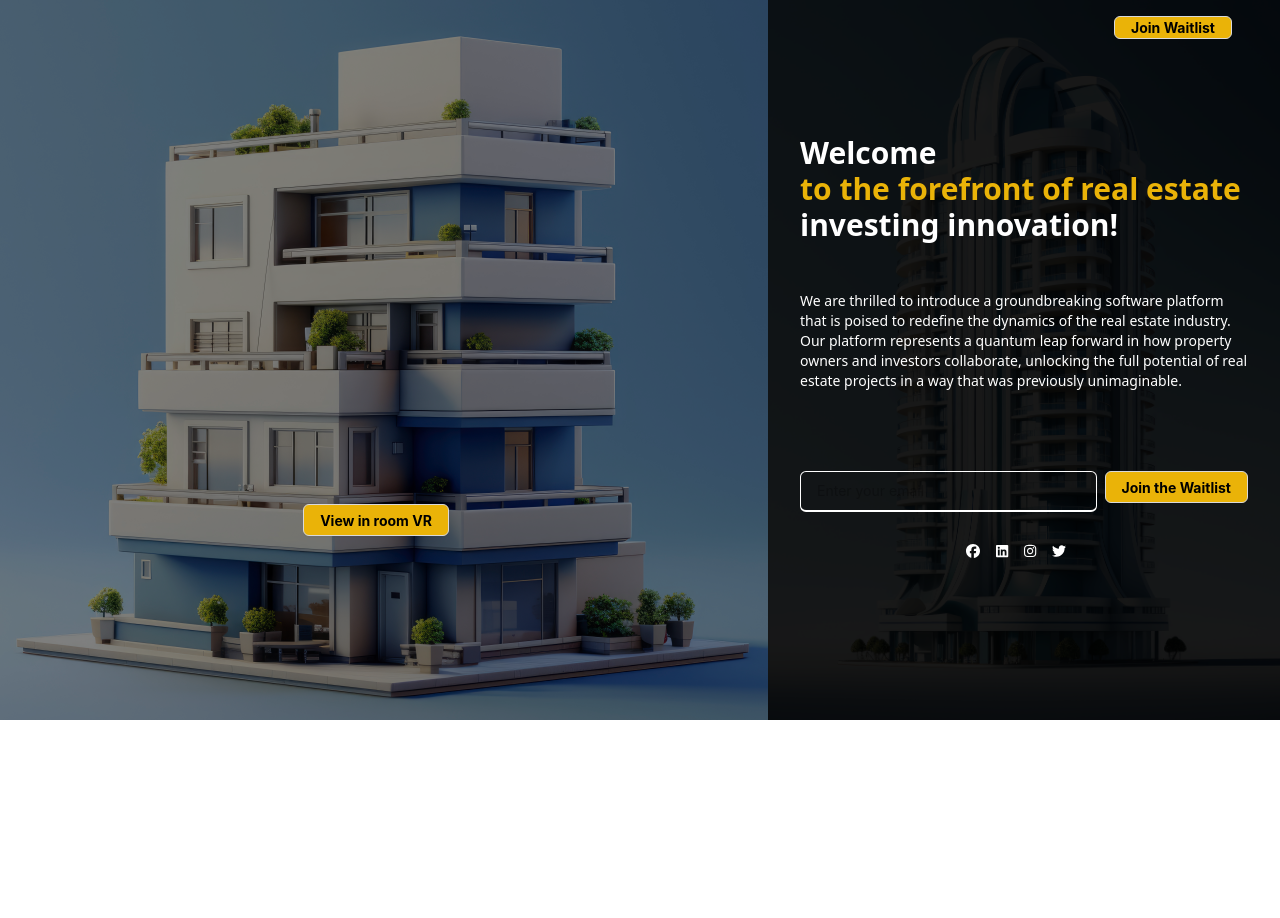
Repository: brytemenz/investnest-landing
Page: /
An editor plug-in stored every save of this project. The page is shown before and after the next save, followed by the edit.
The browser window is 1280 px wide. The pictures show the whole page.
The project was rebuilt for these pictures with package versions that can differ from the ones it lists, and the page was loaded fresh each time. Also part of the build but not shown: vite.config.js, src/components/ThreeDImage.jsx.

Above is the page before, as saved 2024-05-29 15:14:14.

### src/main.jsx
// src/main.jsx
import 'antd/dist/reset.css';
import './index.css';
import './landingPage.css';
import React from 'react';
import ReactDOM from 'react-dom/client';
import App from './App';

ReactDOM.createRoot(document.getElementById('root')).render(
  <React.StrictMode>
    <App />
  </React.StrictMode>
);

### src/landingPage.css
/* src/landingPage.css */
.bg-cover {
  background-size: cover;
}

.bg-center {
  background-position: center;
}


/* landingPage.css */
/* landingPage.css */
.left-image {
  height: 100%;
  background-image: url('./assets/leftimage.jpg'); /* Ensure the path is correct */
  background-size: cover;
  background-position: center;
  background-repeat: no-repeat;
}

@keyframes fadeIn {
  from {
    opacity: 0;
  }
  to {
    opacity: 1;
  }
}

.landing-page.loaded {
  animation: fadeIn 0.5s ease-in-out;
}

@keyframes fadeIn {
  from {
    opacity: 0;
  }
  to {
    opacity: 1;
  }
}

.landing-page.loaded {
  animation: fadeIn 0.5s ease-in-out;
}

.hover\:text-gold:hover {
  color: gold;
}

.hover\:px-6:hover {
  padding-left: 1.5rem;
  padding-right: 1.5rem;
}

.hover\:py-3:hover {
  padding-top: 0.75rem;
  padding-bottom: 0.75rem;
}

### src/App.jsx
// App.jsx
import React, { useState, useEffect } from 'react';
import LandingPage from './pages/landingPage';
import LoadingSpinner from './components/loadingSpinner';

const App = () => {
  const [loading, setLoading] = useState(true);

  useEffect(() => {
    // Simulate a delay to mimic loading process
    const timeout = setTimeout(() => {
      setLoading(false);
    }, 2000);

    // Clean up the timeout
    return () => clearTimeout(timeout);
  }, []);

  return (
    <>
      {loading ? <LoadingSpinner /> : <LandingPage />}
    </>
  );
};

export default App;

### src/pages/landingPage.jsx
import React, { useState, useEffect } from 'react';
import rightImage from '../assets/rightimage.jpg';
import { Button, Input } from 'antd';
import { FontAwesomeIcon } from '@fortawesome/react-fontawesome';
import { faFacebook, faLinkedin, faInstagram, faTwitter } from '@fortawesome/free-brands-svg-icons';
import LoadingSpinner from '../components/loadingSpinner';
import ThreeDImage from '../components/ThreeDImage';

const LandingPage = () => {
  const [isLoading, setIsLoading] = useState(true);
  const [show3DModel, setShow3DModel] = useState(false);
  const [viewMode, setViewMode] = useState(null);

  useEffect(() => {
    const timer = setTimeout(() => {
      setIsLoading(false);
    }, 2000);

    return () => clearTimeout(timer);
  }, []);

  const handleView3DModel = (mode) => {
    setShow3DModel(true);
    setViewMode(mode);
  };

  return (
    <div className="landing-page min-h-screen flex flex-col lg:flex-row">
      {isLoading ? (
        <LoadingSpinner />
      ) : (
        <>
          <div className="w-full lg:w-3/5 relative">
            {show3DModel ? (
              <ThreeDImage modelUrl="/room.glb" mode={viewMode} />
            ) : (
              <div className="h-full relative">
                <div className="left-image">
                  <div className="absolute inset-0 bg-black bg-opacity-50 flex flex-col items-center justify-center space-y-4">
                    <Button
                      onClick={() => handleView3DModel('vr')}
                      className="bg-yellow-500 text-black px-4  rounded-md font-bold mt-80 mr-4 self-center transition duration-300 ease-in-out hover:text-gold"
                    >
                      View in room VR
                    </Button>
                  </div>
                </div>
              </div>
            )}
          </div>
          <div className="w-full lg:w-2/5 relative flex flex-col justify-end">
            <div className="bg-cover bg-center h-full" style={{ backgroundImage: `url(${rightImage})` }}>
              <div className="absolute inset-0 bg-black bg-opacity-90 flex flex-col justify-start items-start text-white px-8">
                <Button className="bg-yellow-500 text-black px-4  rounded-md font-bold mt-4 mr-4 self-end hover:text-gold">Join Waitlist</Button>
                <div className="mt-24 text-left">
                  <h2 className="text-3xl font-bold mb-4">Welcome <br /><span className='text-yellow-500'>to the forefront of real estate </span><br />investing innovation!</h2>
                  <p className="text-sm mt-12">We are thrilled to introduce a groundbreaking software platform that is poised to redefine the dynamics of the real estate industry. Our platform represents a quantum leap forward in how property owners and investors collaborate, unlocking the full potential of real estate projects in a way that was previously unimaginable.</p>
                  <div className="mt-20 flex justify-center">
                    <Input placeholder="Enter your email" className="border-b-2 border-white bg-transparent text-white placeholder-white::placeholder px-4 py-2 focus:outline-none focus:border-yellow-500" />
                    <Button className="bg-yellow-500 text-black px-4 prounded-md font-bold ml-2 hover:text-gold">Join the Waitlist</Button>
                  </div>
                </div>
                <div className="text-sm mt-8 flex items-center justify-center mx-auto">
                  <FontAwesomeIcon icon={faFacebook} className="text-yellow mr-4 cursor-pointer" />
                  <FontAwesomeIcon icon={faLinkedin} className="text-yellow mr-4 cursor-pointer" />
                  <FontAwesomeIcon icon={faInstagram} className="text-yellow mr-4 cursor-pointer" />
                  <FontAwesomeIcon icon={faTwitter} className="text-yellow mr-4 cursor-pointer" />
                </div>
                <div className="text-sm mt-80">
                  <p>www.investnest.net | Email: info@investnest.net | Contacts: 0209156282 / 0506154295</p>
                </div>
              </div>
            </div>
          </div>
        </>
      )}
    </div>
  );
};

export default LandingPage;

### src/components/loadingSpinner.jsx
// src/pages/LoadingSpinner.jsx
import React from 'react';
import { CircleLoader } from 'react-spinners';

const LoadingSpinner = () => {
  return (
    <div className="flex justify-center items-center min-h-screen">
      <CircleLoader color="#FFC107" />
    </div>
  );
};

export default LoadingSpinner;

Loaded but not shown: src/index.css (common file); tailwind.config.js (common file)

After the next save:
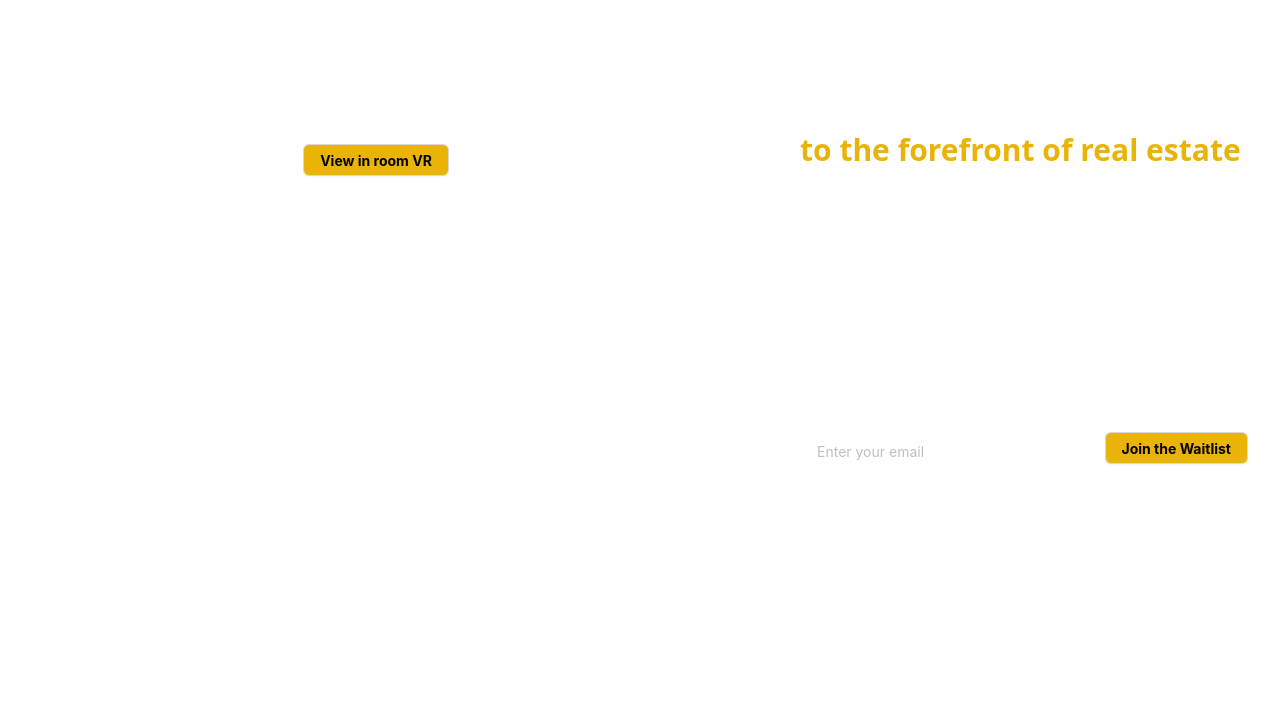
Saved 9 min 42 s later.
--- a/src/pages/landingPage.jsx
+++ b/src/pages/landingPage.jsx
@@ -25,11 +25,11 @@
   };
 
   return (
-    <div className="landing-page min-h-screen flex flex-col lg:flex-row">
+    <div className={`landing-page ${isLoading ? '' : 'loaded'}`}>
       {isLoading ? (
         <LoadingSpinner />
       ) : (
-        <>
+        <div className="flex flex-col lg:flex-row">
           <div className="w-full lg:w-3/5 relative">
             {show3DModel ? (
               <ThreeDImage modelUrl="/room.glb" mode={viewMode} />
@@ -39,7 +39,7 @@
                   <div className="absolute inset-0 bg-black bg-opacity-50 flex flex-col items-center justify-center space-y-4">
                     <Button
                       onClick={() => handleView3DModel('vr')}
-                      className="bg-yellow-500 text-black px-4  rounded-md font-bold mt-80 mr-4 self-center transition duration-300 ease-in-out hover:text-gold"
+                      className="bg-yellow-500 text-black px-4 py-2 rounded-md font-bold mt-80 mr-4 self-center transition duration-300 ease-in-out hover:text-gold"
                     >
                       View in room VR
                     </Button>
@@ -51,28 +51,27 @@
           <div className="w-full lg:w-2/5 relative flex flex-col justify-end">
             <div className="bg-cover bg-center h-full" style={{ backgroundImage: `url(${rightImage})` }}>
               <div className="absolute inset-0 bg-black bg-opacity-90 flex flex-col justify-start items-start text-white px-8">
-                <Button className="bg-yellow-500 text-black px-4  rounded-md font-bold mt-4 mr-4 self-end hover:text-gold">Join Waitlist</Button>
                 <div className="mt-24 text-left">
                   <h2 className="text-3xl font-bold mb-4">Welcome <br /><span className='text-yellow-500'>to the forefront of real estate </span><br />investing innovation!</h2>
                   <p className="text-sm mt-12">We are thrilled to introduce a groundbreaking software platform that is poised to redefine the dynamics of the real estate industry. Our platform represents a quantum leap forward in how property owners and investors collaborate, unlocking the full potential of real estate projects in a way that was previously unimaginable.</p>
                   <div className="mt-20 flex justify-center">
                     <Input placeholder="Enter your email" className="border-b-2 border-white bg-transparent text-white placeholder-white::placeholder px-4 py-2 focus:outline-none focus:border-yellow-500" />
-                    <Button className="bg-yellow-500 text-black px-4 prounded-md font-bold ml-2 hover:text-gold">Join the Waitlist</Button>
+                    <Button className="bg-yellow-500 text-black px-4 py-2 rounded-md font-bold ml-2 hover:text-gold">Join the Waitlist</Button>
                   </div>
                 </div>
                 <div className="text-sm mt-8 flex items-center justify-center mx-auto">
-                  <FontAwesomeIcon icon={faFacebook} className="text-yellow mr-4 cursor-pointer" />
-                  <FontAwesomeIcon icon={faLinkedin} className="text-yellow mr-4 cursor-pointer" />
-                  <FontAwesomeIcon icon={faInstagram} className="text-yellow mr-4 cursor-pointer" />
-                  <FontAwesomeIcon icon={faTwitter} className="text-yellow mr-4 cursor-pointer" />
-                </div>
-                <div className="text-sm mt-80">
-                  <p>www.investnest.net | Email: info@investnest.net | Contacts: 0209156282 / 0506154295</p>
+                  <p className="mr-4">www.investnest.net | Email: info@investnest.net | Contacts: 0209156282 / 0506154295</p>
+                  <div className="text-yellow">
+                    <FontAwesomeIcon icon={faFacebook} className="mr-2 cursor-pointer hover:text-gold" />
+                    <FontAwesomeIcon icon={faLinkedin} className="mr-2 cursor-pointer hover:text-gold" />
+                    <FontAwesomeIcon icon={faInstagram} className="mr-2 cursor-pointer hover:text-gold" />
+                    <FontAwesomeIcon icon={faTwitter} className="mr-2 cursor-pointer hover:text-gold" />
+                  </div>
                 </div>
               </div>
             </div>
           </div>
-        </>
+        </div>
       )}
     </div>
   );

After the save that followed:
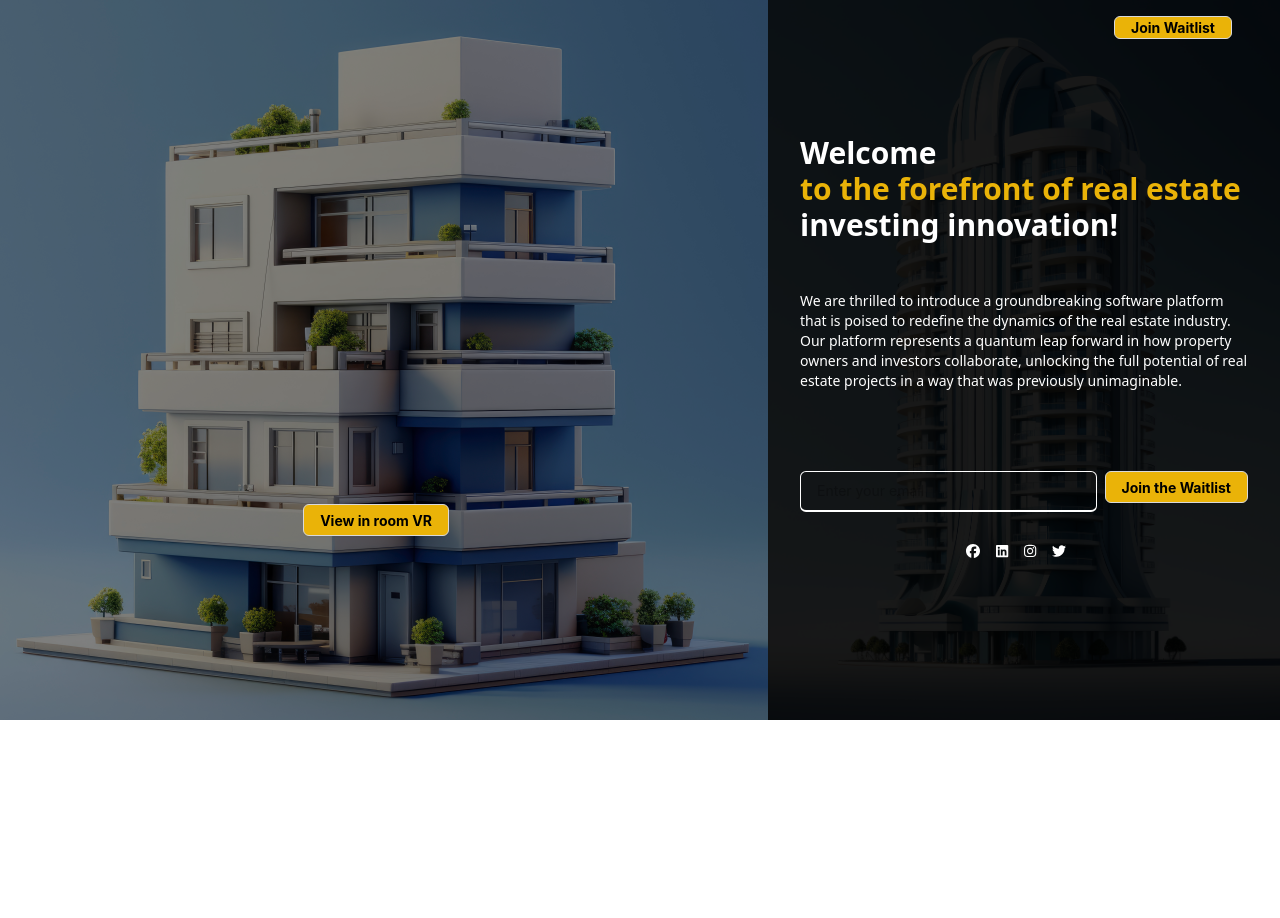
Saved 28 s later.
--- a/src/pages/landingPage.jsx
+++ b/src/pages/landingPage.jsx
@@ -25,11 +25,11 @@
   };
 
   return (
-    <div className={`landing-page ${isLoading ? '' : 'loaded'}`}>
+    <div className="landing-page min-h-screen flex flex-col lg:flex-row">
       {isLoading ? (
         <LoadingSpinner />
       ) : (
-        <div className="flex flex-col lg:flex-row">
+        <>
           <div className="w-full lg:w-3/5 relative">
             {show3DModel ? (
               <ThreeDImage modelUrl="/room.glb" mode={viewMode} />
@@ -39,7 +39,7 @@
                   <div className="absolute inset-0 bg-black bg-opacity-50 flex flex-col items-center justify-center space-y-4">
                     <Button
                       onClick={() => handleView3DModel('vr')}
-                      className="bg-yellow-500 text-black px-4 py-2 rounded-md font-bold mt-80 mr-4 self-center transition duration-300 ease-in-out hover:text-gold"
+                      className="bg-yellow-500 text-black px-4  rounded-md font-bold mt-80 mr-4 self-center transition duration-300 ease-in-out hover:text-gold"
                     >
                       View in room VR
                     </Button>
@@ -51,27 +51,28 @@
           <div className="w-full lg:w-2/5 relative flex flex-col justify-end">
             <div className="bg-cover bg-center h-full" style={{ backgroundImage: `url(${rightImage})` }}>
               <div className="absolute inset-0 bg-black bg-opacity-90 flex flex-col justify-start items-start text-white px-8">
+                <Button className="bg-yellow-500 text-black px-4  rounded-md font-bold mt-4 mr-4 self-end hover:text-gold">Join Waitlist</Button>
                 <div className="mt-24 text-left">
                   <h2 className="text-3xl font-bold mb-4">Welcome <br /><span className='text-yellow-500'>to the forefront of real estate </span><br />investing innovation!</h2>
                   <p className="text-sm mt-12">We are thrilled to introduce a groundbreaking software platform that is poised to redefine the dynamics of the real estate industry. Our platform represents a quantum leap forward in how property owners and investors collaborate, unlocking the full potential of real estate projects in a way that was previously unimaginable.</p>
                   <div className="mt-20 flex justify-center">
                     <Input placeholder="Enter your email" className="border-b-2 border-white bg-transparent text-white placeholder-white::placeholder px-4 py-2 focus:outline-none focus:border-yellow-500" />
-                    <Button className="bg-yellow-500 text-black px-4 py-2 rounded-md font-bold ml-2 hover:text-gold">Join the Waitlist</Button>
+                    <Button className="bg-yellow-500 text-black px-4 prounded-md font-bold ml-2 hover:text-gold">Join the Waitlist</Button>
                   </div>
                 </div>
                 <div className="text-sm mt-8 flex items-center justify-center mx-auto">
-                  <p className="mr-4">www.investnest.net | Email: info@investnest.net | Contacts: 0209156282 / 0506154295</p>
-                  <div className="text-yellow">
-                    <FontAwesomeIcon icon={faFacebook} className="mr-2 cursor-pointer hover:text-gold" />
-                    <FontAwesomeIcon icon={faLinkedin} className="mr-2 cursor-pointer hover:text-gold" />
-                    <FontAwesomeIcon icon={faInstagram} className="mr-2 cursor-pointer hover:text-gold" />
-                    <FontAwesomeIcon icon={faTwitter} className="mr-2 cursor-pointer hover:text-gold" />
-                  </div>
+                  <FontAwesomeIcon icon={faFacebook} className="text-yellow mr-4 cursor-pointer" />
+                  <FontAwesomeIcon icon={faLinkedin} className="text-yellow mr-4 cursor-pointer" />
+                  <FontAwesomeIcon icon={faInstagram} className="text-yellow mr-4 cursor-pointer" />
+                  <FontAwesomeIcon icon={faTwitter} className="text-yellow mr-4 cursor-pointer" />
+                </div>
+                <div className="text-sm mt-80">
+                  <p>www.investnest.net | Email: info@investnest.net | Contacts: 0209156282 / 0506154295</p>
                 </div>
               </div>
             </div>
           </div>
-        </div>
+        </>
       )}
     </div>
   );
